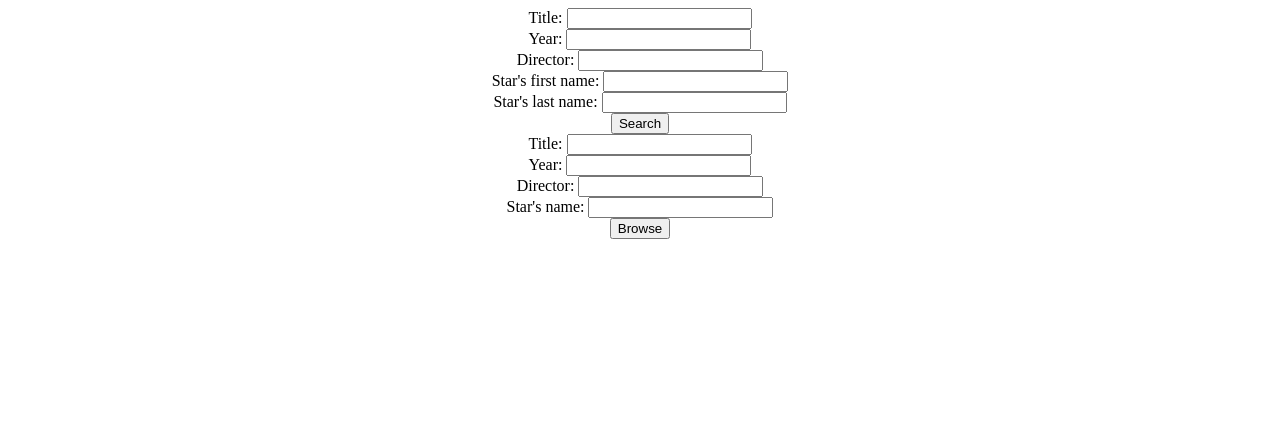
Repository: xzou4/CS221b
Page: fablix/WebContent/main.html
The author's editor kept a copy of each file at every save. The page is drawn from the files as they stood at one save, then again after the next save.
The browser window is 1280 px wide. The pictures show the whole page.

Above is the page before, as saved 2017-02-10 04:38:38.

After the next save:
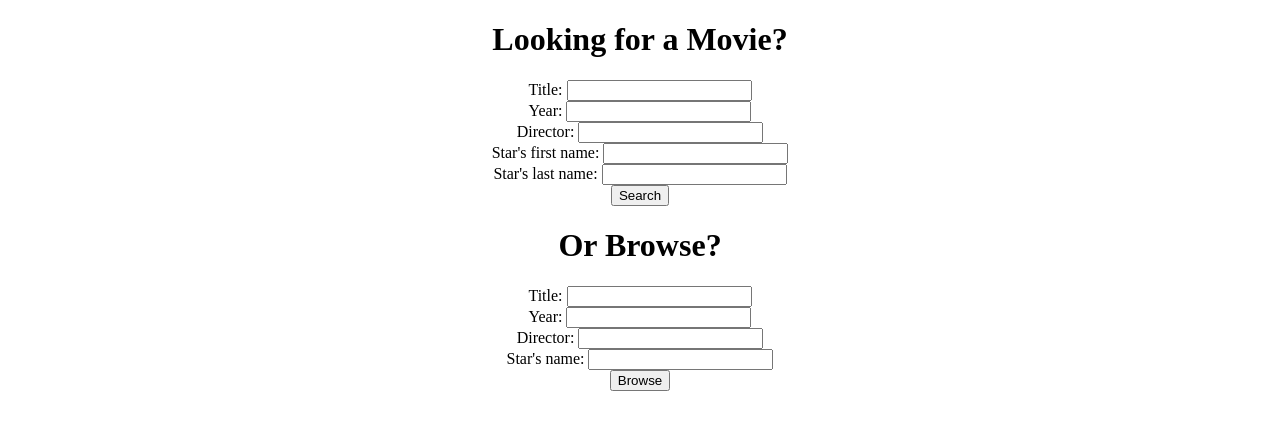
Saved 117 s later.
--- a/fablix/WebContent/main.html
+++ b/fablix/WebContent/main.html
@@ -2,9 +2,10 @@
 <html>
 <head>
 <meta charset="UTF-8">
-<title>Looking for A Movie?</title>
+<title>Main</title>
 </head>
 <body>
+<H1 ALIGN="CENTER">Looking for a Movie?</H1>
 <FORM ACTION="search"
       METHOD="POST">
       <CENTER>
@@ -22,7 +23,7 @@
   </CENTER>
 </FORM>
 
-<title>Or Browse?</title>
+<H1 ALIGN="center">Or Browse?</H1>
 
 <FORM ACTION="search"
       METHOD="POST">
